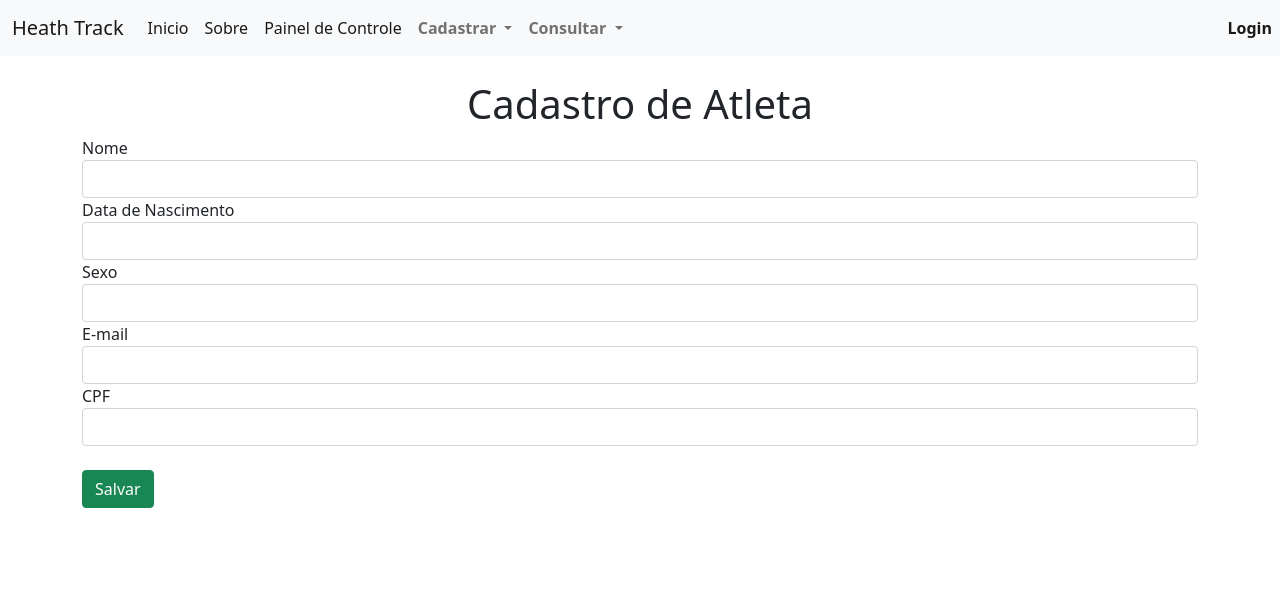
Repository: FellipySantos/HealthTrack_Finalizado
Page: http://localhost/JSPs/cadastro-nutri.jsp
An editor plug-in stored every save of this project. The page is shown before and after the next save, followed by the edit.
The browser window is 1280 px wide. The pictures show the whole page.
The page is served by Tomcat 9. Other server files are loaded and not shown.

Above is the page before, as saved 2021-11-16 01:38:27.

### JSP/JSPs/WebContent/cadastro-nutri.jsp
<%@ page language="java" contentType="text/html; charset=ISO-8859-1"
    pageEncoding="ISO-8859-1"%>
<%@ taglib prefix="c" uri="http://java.sun.com/jsp/jstl/core" %>
<!DOCTYPE html PUBLIC "-//W3C//DTD HTML 4.01 Transitional//EN" "http://www.w3.org/TR/html4/loose.dtd">
<html>
<head>
<meta http-equiv="Content-Type" content="text/html; charset=ISO-8859-1">
<title>Cadastro de Atleta</title>
<%@ include file="header.jsp" %>
</head>
<body>
<%@ include file="menu.jsp" %>
<div class="container">
    <br>
	<h1><center>Cadastro de Atleta</center></h1>
	<c:if test="${not empty msg }">
		<div class="alert alert-success">${msg}</div>
	</c:if>
	<c:if test="${not empty erro }">
		<div class="alert alert-danger">${erro}</div>
	</c:if>
	<form action="atleta" method="post">
		<input type="hidden" value="cadastrar" name="acao">
		<div class="form-group">
			<label for="id-nome">Nome</label>
			<input type="text" name="nome" id="id-nome" class="form-control">
		</div>
		<div class="form-group">
			<label for="id-dtNasc">Data de Nascimento</label>
			<input type="text" name="dtNasc" id="id-dtNasc" class="form-control">
		</div>
		<div class="form-group">
			<label for="id-sexo">Sexo</label>
			<input type="text" name="sexo" id="id-sexo" class="form-control">
		</div>
		<div class="form-group">
			<label for="id-email">E-mail</label>
			<input type="text" name="email" id="id-email" class="form-control">
		</div>
		<div class="form-group">
			<label for="id-cpf">CPF</label>
			<input type="text" name="cpf" id="id-cpf" class="form-control">
		</div>

		<br>
		<input type="submit" value="Salvar" class="btn btn-success">
	</form>
</div>


<%@ include file="footer.jsp" %>
</body>
</html>

### JSP/JSPs/WebContent/header.jsp
<%@ page language="java" contentType="text/html; charset=ISO-8859-1"
    pageEncoding="ISO-8859-1"%>
<!DOCTYPE html>
<html>
<head>
<meta charset="ISO-8859-1">

<link rel="stylesheet" type="text/css" href="resources/css/bootstrap.css">
<link rel="stylesheet" type="text/css" href="resources/css/bootstrap-grid.css">
<link rel="stylesheet" type="text/css" href="resources/css/bootstrap-reboot.css">

<script type="text/javascript" src="resources/js/jquery-3.6.0.min.js"></script>
<script type="text/javascript" src="resources/js/popper.min.js"></script>
<script type="text/javascript" src="resources/js/bootstrap.min.js"></script>
<script type="text/javascript" src="resources/js/bootstrap.min.js"></script>

<script src="https://stackpath.bootstrapcdn.com/bootstrap/4.3.1/js/bootstrap.min.js" integrity="sha384-JjSmVgyd0p3pXB1rRibZUAYoIIy6OrQ6VrjIEaFf/nJGzIxFDsf4x0xIM+B07jRM" crossorigin="anonymous"></script>


</head>






<body>



</body>



</html>

### JSP/JSPs/WebContent/menu.jsp

   <nav class="navbar navbar-expand-lg navbar-light bg-light">
        <div class="container-fluid">
          <a class="navbar-brand" href="index.jsp">Heath Track</a>
          <button class="navbar-toggler" type="button" data-bs-toggle="collapse" data-bs-target="#navbarSupportedContent" aria-controls="navbarSupportedContent" aria-expanded="false" aria-label="Toggle navigation">
            <span class="navbar-toggler-icon"></span>
          </button>
          <div class="collapse navbar-collapse" id="navbarSupportedContent">
            <ul class="navbar-nav me-auto mb-2 mb-lg-0">
              <li class="nav-item">
                <a class="nav-link active" aria-current="page" href="index.jsp">Inicio</a>
              </li>
              <li class="nav-item">
                <a class="nav-link active" aria-current="page" href="#">Sobre</a>
              </li>
              <li class="nav-item">
                <a class="nav-link active" aria-current="page" href="#">Painel de Controle</a>
              </li>
              <li class="nav-item dropdown">
                <a class="nav-link dropdown-toggle" href="#" id="navbarDropdown" role="button" data-bs-toggle="dropdown" aria-expanded="false">
                  <b>Cadastrar</b>
                </a>
                <ul class="dropdown-menu" aria-labelledby="navbarDropdown">
                  <li><a class="dropdown-item" href="cadastro-dieta.jsp">Dieta</a></li>
                  <li><a class="dropdown-item" href="cadastro-pressao.jsp">Pressão</a></li>
                  <li><a class="dropdown-item" href="cadastro-treino.jsp">Treino</a></li>
                  <li><a class="dropdown-item" href="cadastro-imc.jsp">Imc</a></li>
                   <li><hr class="dropdown-divider"></li>
                  <li><a class="dropdown-item" href="cadastro-atleta.jsp">Atleta</a></li>
                  <li><a class="dropdown-item" href="cadastro-nutri.jsp">Nutricionista</a></li>
                  <li><a class="dropdown-item" href="cadastro-treinador.jsp">Treinador</a></li>
                </ul>
              </li>

                 <li class="nav-item dropdown">
                <a class="nav-link dropdown-toggle" href="#" id="navbarDropdown" role="button" data-bs-toggle="dropdown" aria-expanded="false">
                  <b>Consultar</b>
                </a>
                <ul class="dropdown-menu" aria-labelledby="navbarDropdown">
                  <li><a class="dropdown-item" href="dieta?acao=listar">Dieta</a></li>
                  <li><a class="dropdown-item" href="pressao?acao=listar">Pressão</a></li>
                  <li><a class="dropdown-item" href="treino?acao=listar">Treino</a></li>
                  <li><a class="dropdown-item" href="imc?acao=listar">Imc</a></li>
                  <li><hr class="dropdown-divider"></li>
                  <li><a class="dropdown-item" href="atleta?acao=listar">Atleta</a></li>
                  <li><a class="dropdown-item" href="nutri?acao=listar">Nutricionista</a></li>
                  <li><a class="dropdown-item" href="treinador?acao=listar">Treinador</a></li>
                </ul>
              </li>


            </ul>

          </div>

        </div>
        <div class="collapse navbar-collapse" id="navbarSupportedContent">
          <ul class="navbar-nav me-auto mb-2 mb-lg-0">
            <li class="nav-item">
              <b><a class="nav-link active" aria-current="page" href="#">Login</a></b>
            </li>
            </ul>
            </div>



      </nav>

### JSP/JSPs/WebContent/footer.jsp
<%@ page language="java" contentType="text/html; charset=ISO-8859-1"
    pageEncoding="ISO-8859-1"%>
<!DOCTYPE html>
<html>
<head>
<meta charset="ISO-8859-1">

<script type="text/javascript" src="resources/js/jquery-3.6.0.min.js"></script>
<script type="text/javascript" src="resources/js/bootstrap.min.js"></script>

</head>





<body>


</body>
</html>

Loaded but not shown: JSP/JSPs/WebContent/resources/css/bootstrap.css (library); JSP/JSPs/WebContent/resources/css/bootstrap-grid.css (library); JSP/JSPs/WebContent/resources/css/bootstrap-reboot.css (library); JSP/JSPs/WebContent/resources/js/jquery-3.6.0.min.js (library); JSP/JSPs/WebContent/resources/js/popper.min.js (library); JSP/JSPs/WebContent/resources/js/bootstrap.min.js (library)

After the next save:
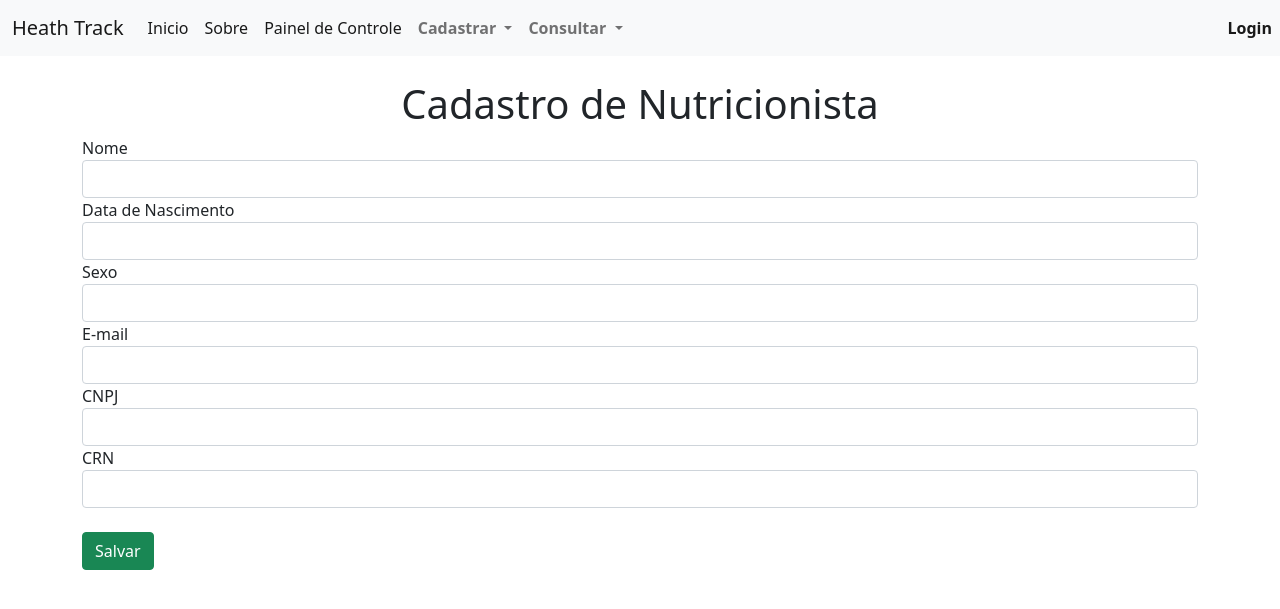
Saved 4 min 52 s later.
--- a/JSP/JSPs/WebContent/cadastro-nutri.jsp
+++ b/JSP/JSPs/WebContent/cadastro-nutri.jsp
@@ -5,21 +5,21 @@
 <html>
 <head>
 <meta http-equiv="Content-Type" content="text/html; charset=ISO-8859-1">
-<title>Cadastro de Atleta</title>
+<title>Cadastro de Nutricionista</title>
 <%@ include file="header.jsp" %>
 </head>
 <body>
 <%@ include file="menu.jsp" %>
 <div class="container">
     <br>
-	<h1><center>Cadastro de Atleta</center></h1>
+	<h1><center>Cadastro de Nutricionista</center></h1>
 	<c:if test="${not empty msg }">
 		<div class="alert alert-success">${msg}</div>
 	</c:if>
 	<c:if test="${not empty erro }">
 		<div class="alert alert-danger">${erro}</div>
 	</c:if>
-	<form action="atleta" method="post">
+	<form action="nutri" method="post">
 		<input type="hidden" value="cadastrar" name="acao">
 		<div class="form-group">
 			<label for="id-nome">Nome</label>
@@ -38,8 +38,12 @@
 			<input type="text" name="email" id="id-email" class="form-control">
 		</div>
 		<div class="form-group">
-			<label for="id-cpf">CPF</label>
-			<input type="text" name="cpf" id="id-cpf" class="form-control">
+			<label for="id-cnpj">CNPJ</label>
+			<input type="text" name="cnpj" id="id-cnpj" class="form-control">
+		</div>
+		<div class="form-group">
+			<label for="id-crn">CRN</label>
+			<input type="text" name="crn" id="id-crn" class="form-control">
 		</div>
 
 		<br>
